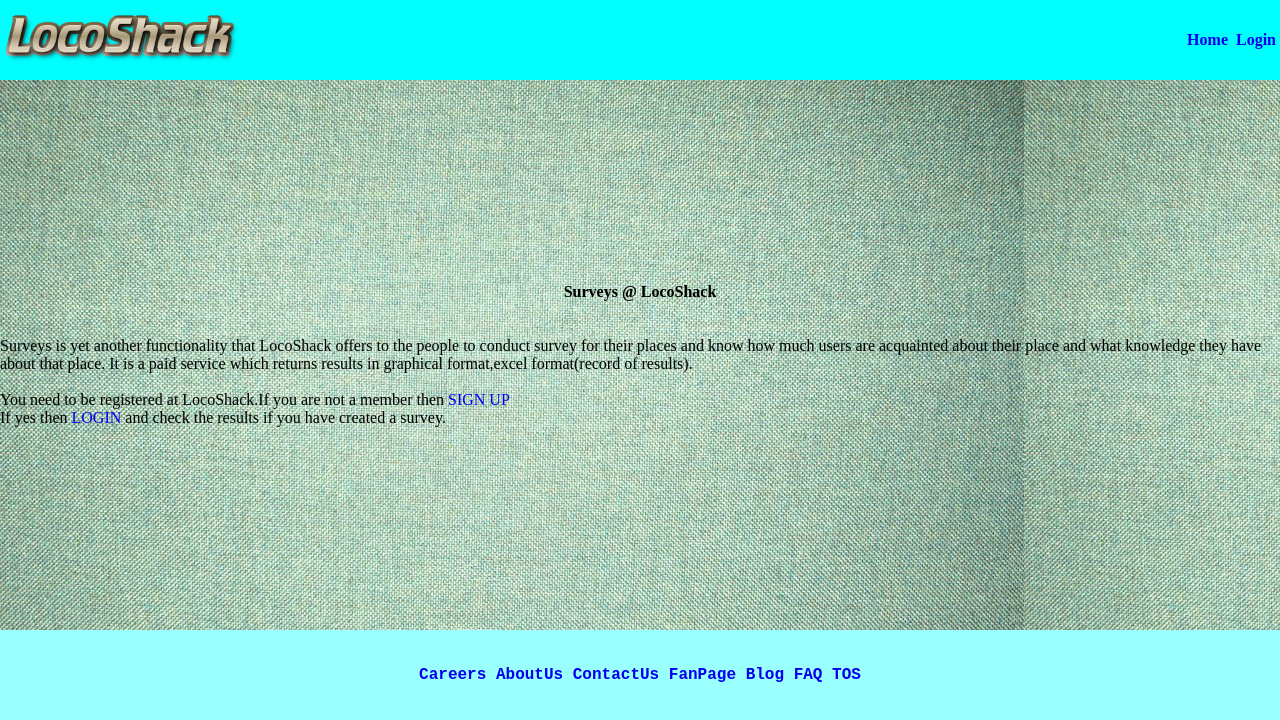
Repository: nicks707/LocoShack_TGMC-project
Page: http://localhost/ram/surveys.jsp
These files come from the project's save history. The page is drawn as it stood at one moment and after the next save; the edit follows.
The browser window is 1280 px wide. The pictures show the whole page.
The page is served by Tomcat 9.

Above is the page before, as saved 2012-03-20 02:51:11.

After the next save:
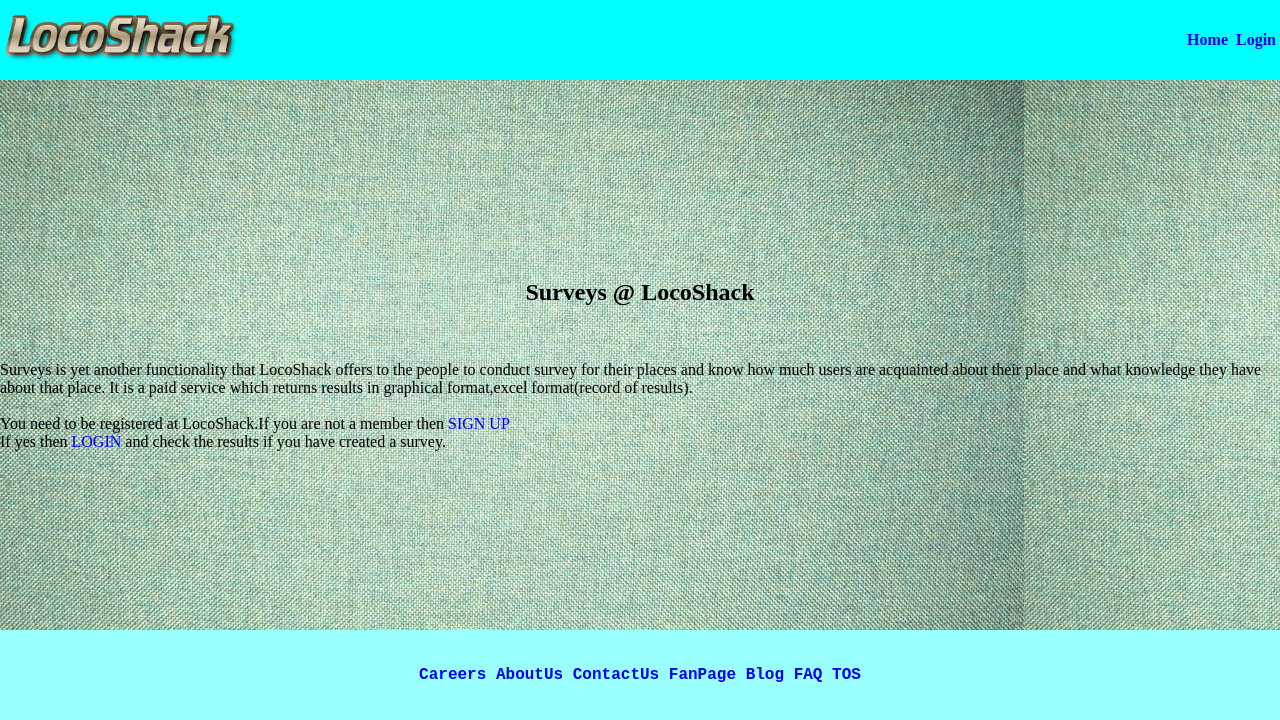
Saved 38 s later.
--- a/ram/WebContent/surveys.jsp
+++ b/ram/WebContent/surveys.jsp
@@ -17,7 +17,7 @@ html, body,table
 <tr height="80px"><td><jsp:include page="header.jsp" ></jsp:include></td></tr>
 
 <tr height="100%" style=" background-image:url(images/Green-cloth-texture.jpg)"><td>
-<b><center>Surveys @ LocoShack</center></b><br/><br/>
+<b><center><h2>Surveys @ LocoShack</h2></center></b><br/><br/>
 Surveys is  yet another functionality that LocoShack offers to the people to conduct survey for their places and know how much users are acquainted about their place and what knowledge they have about that place.
 It is a paid service which returns results in graphical format,excel format(record of results).<br/><br/>
 You need to be registered at LocoShack.If you are not a member then <a href="signup.jsp">SIGN UP</a><br/>
